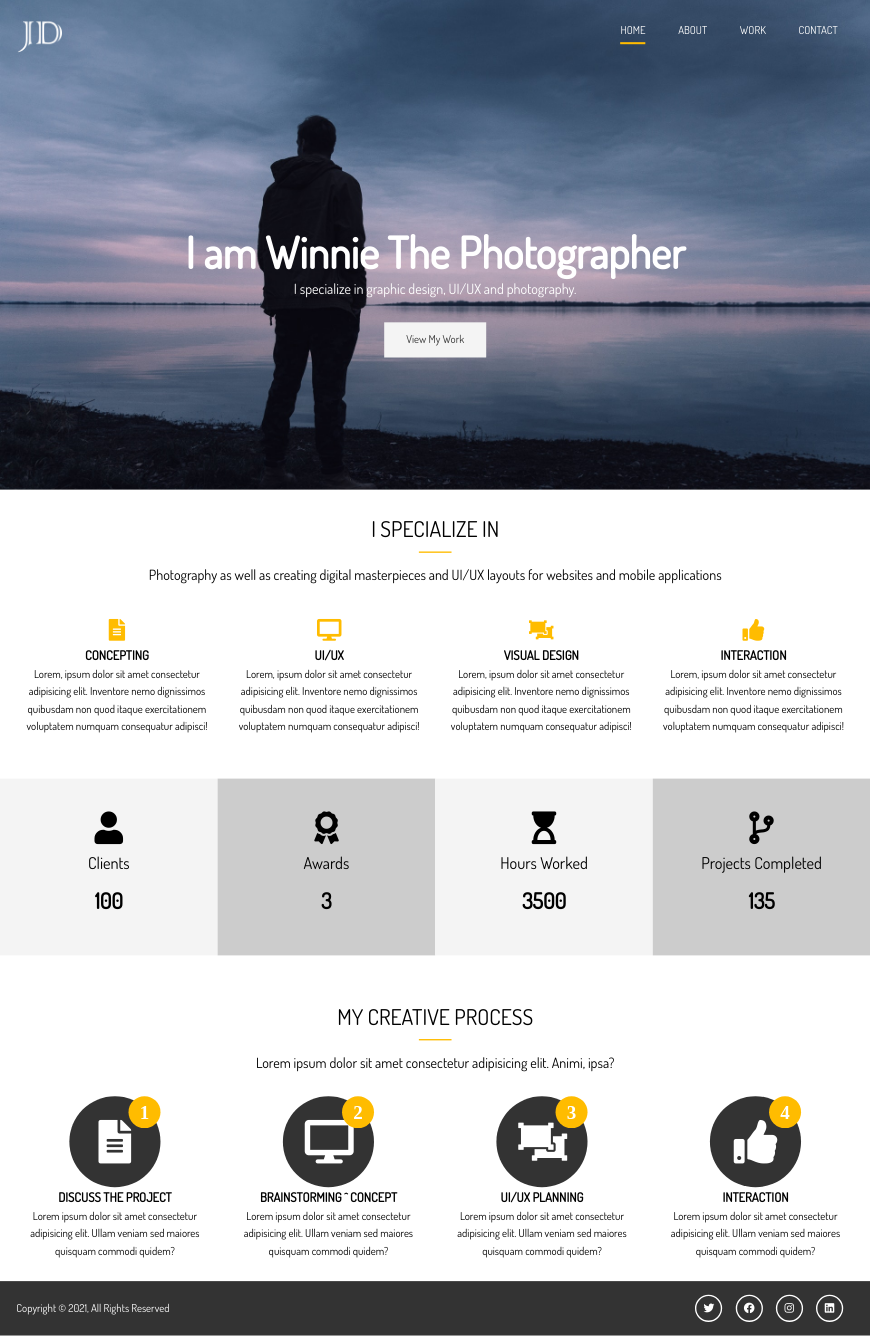
Repository: minhtien9/Portfolio_Website
Page: diet/index.html
The author's editor kept a copy of each file at every save. The page is drawn from the files as they stood at one save, then again after the next save.
The browser window is 1280 px wide. The pictures show the whole page, at 68% of full size.

Above is the page before, as saved 2021-08-29 21:28:10.

After the next save:
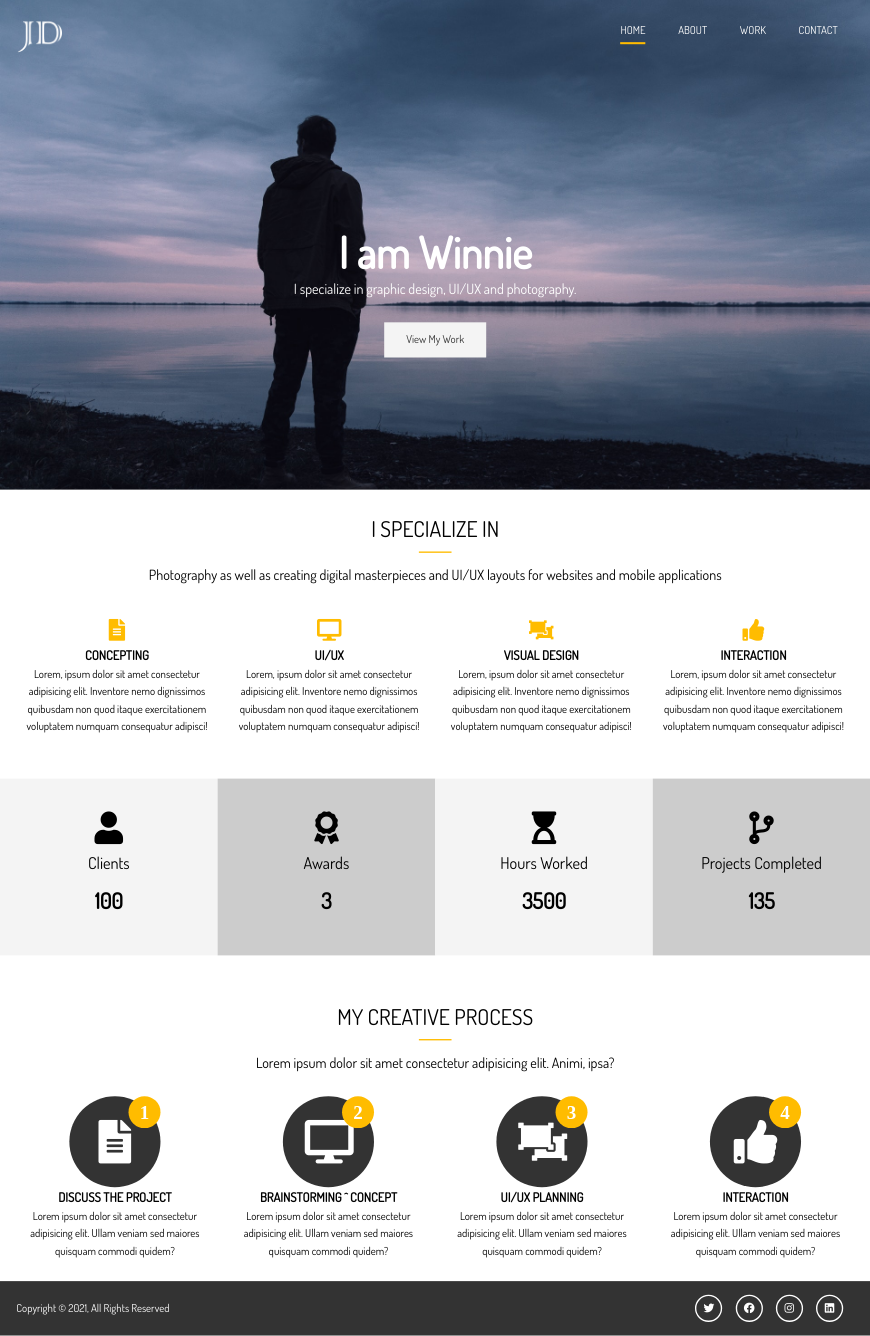
Saved 7 min 9 s later.
--- a/diet/index.html
+++ b/diet/index.html
@@ -33,7 +33,7 @@
         </nav>
         <div class="header-content">
           <h1>
-            I am Winnie The Photographer
+            I am Winnie
             <span
               class="txt-type"
               data-wait="3000"
